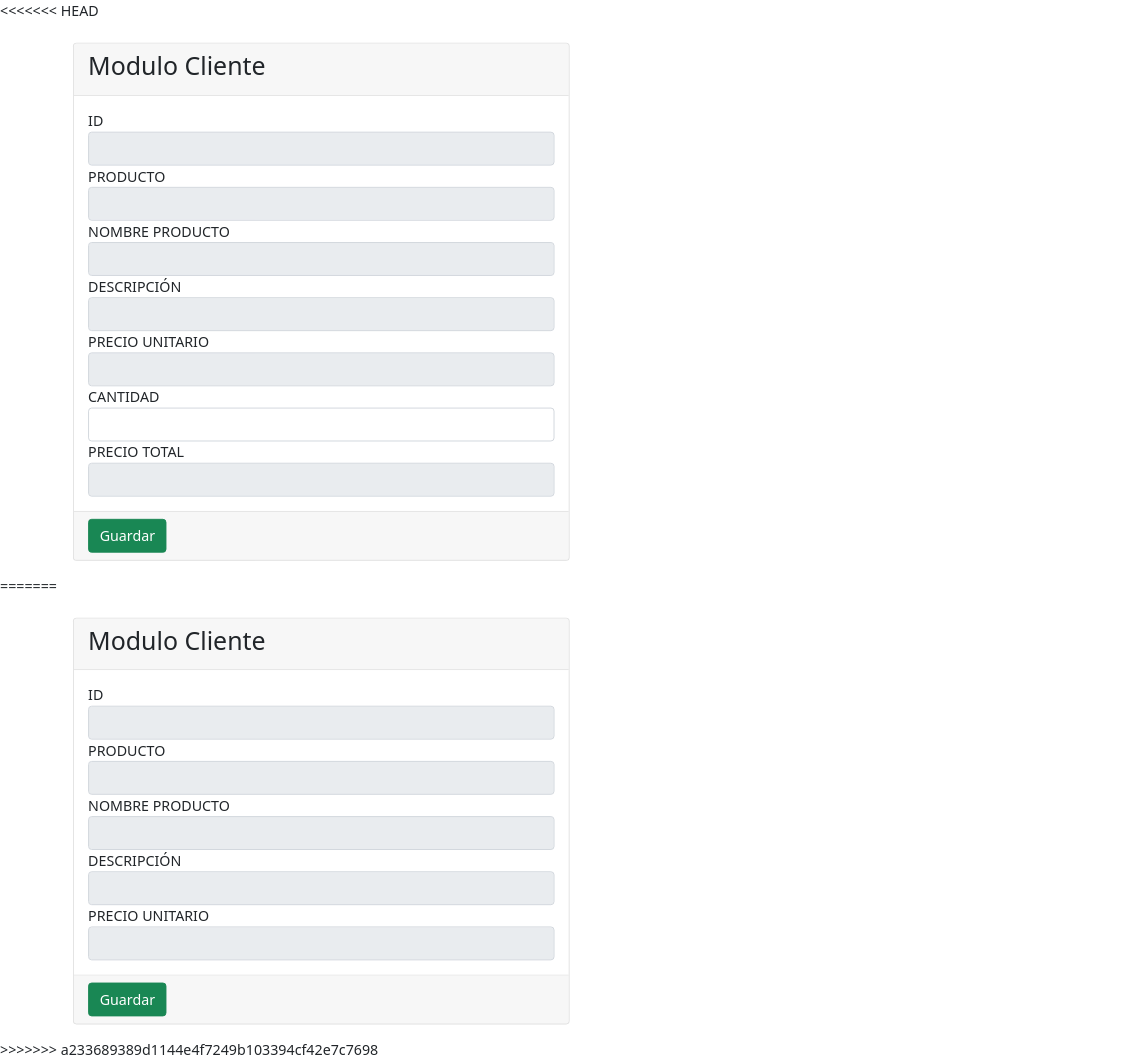
Repository: MarcoBeltran97/Gimnasio-SpringBoot
Page: http://localhost/Update
These files come from the project's save history. The page is drawn as it stood at one moment and after the next save; the edit follows.
The browser window is 1280 px wide. The pictures show the whole page, at 89% of full size.
The page is this project's Thymeleaf template; nobody is signed in. The template is opened directly, without the code that normally fills it, so the values that code supplies are empty.

Above is the page before, as saved 2023-08-17 21:42:28.

After the next save:
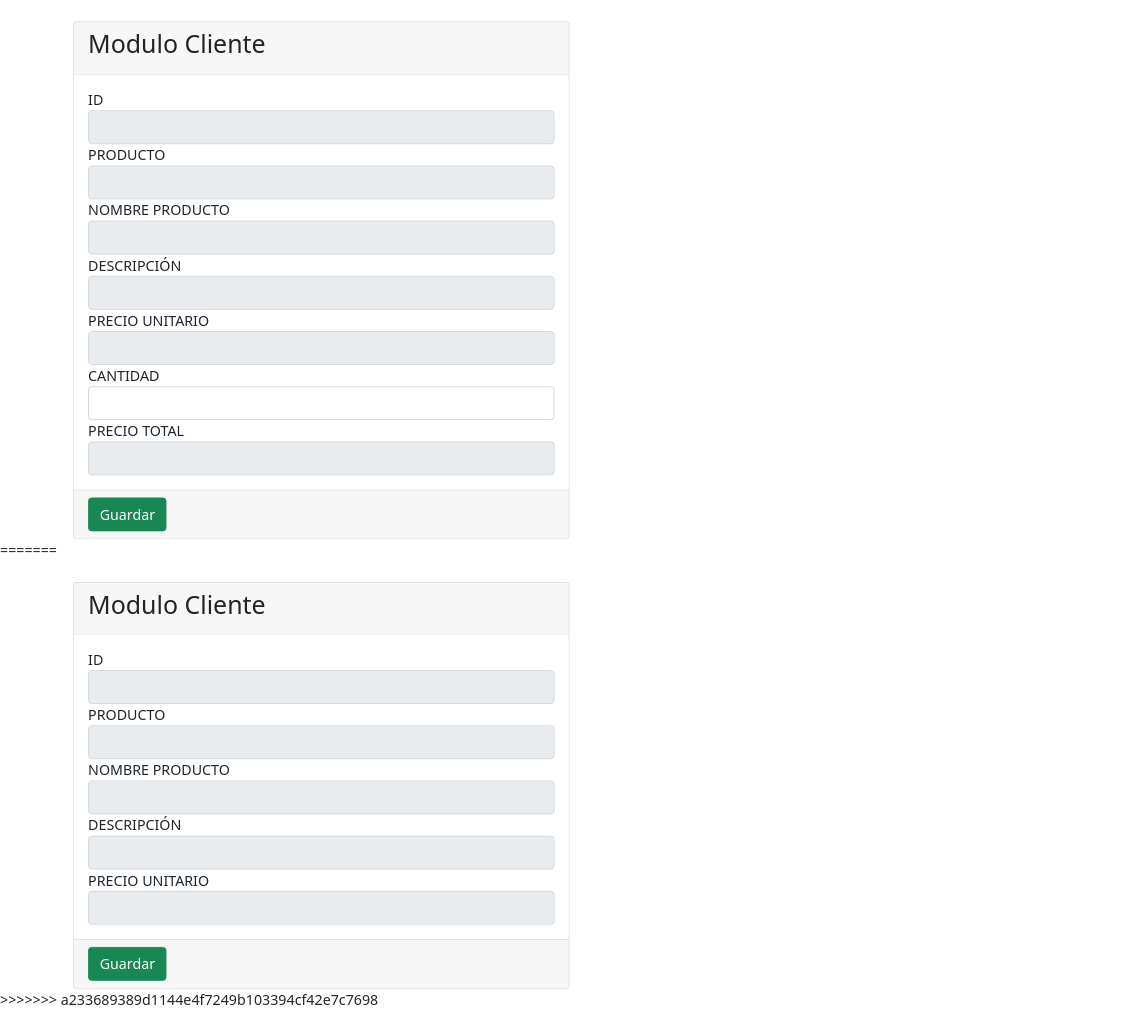
Saved 25 s later.
--- a/Gimnasio/src/main/resources/templates/Update.html
+++ b/Gimnasio/src/main/resources/templates/Update.html
@@ -1,4 +1,3 @@
-<<<<<<< HEAD
 <!DOCTYPE html>
 <html xmlns:th="http://www.thymeleaf.org">
 <head>
